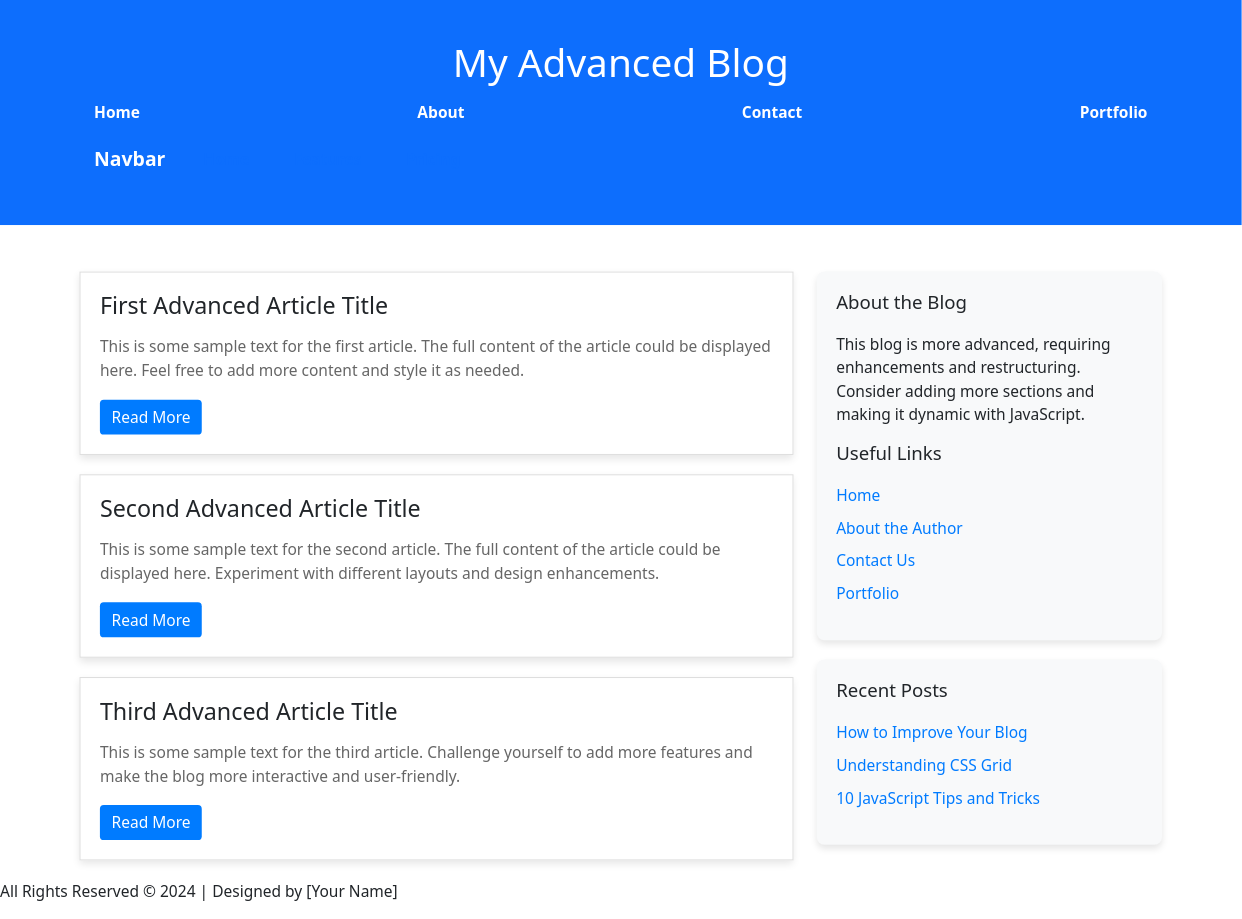
Repository: zeinawady/Blog-Code-Refactoring
Page: index.html
These files come from the project's save history. The page is drawn as it stood at one moment and after the next save; the edit follows.
The browser window is 1280 px wide. The pictures show the whole page, at 97% of full size.

Above is the page before, as saved 2024-09-23 14:20:18.

After the next save:
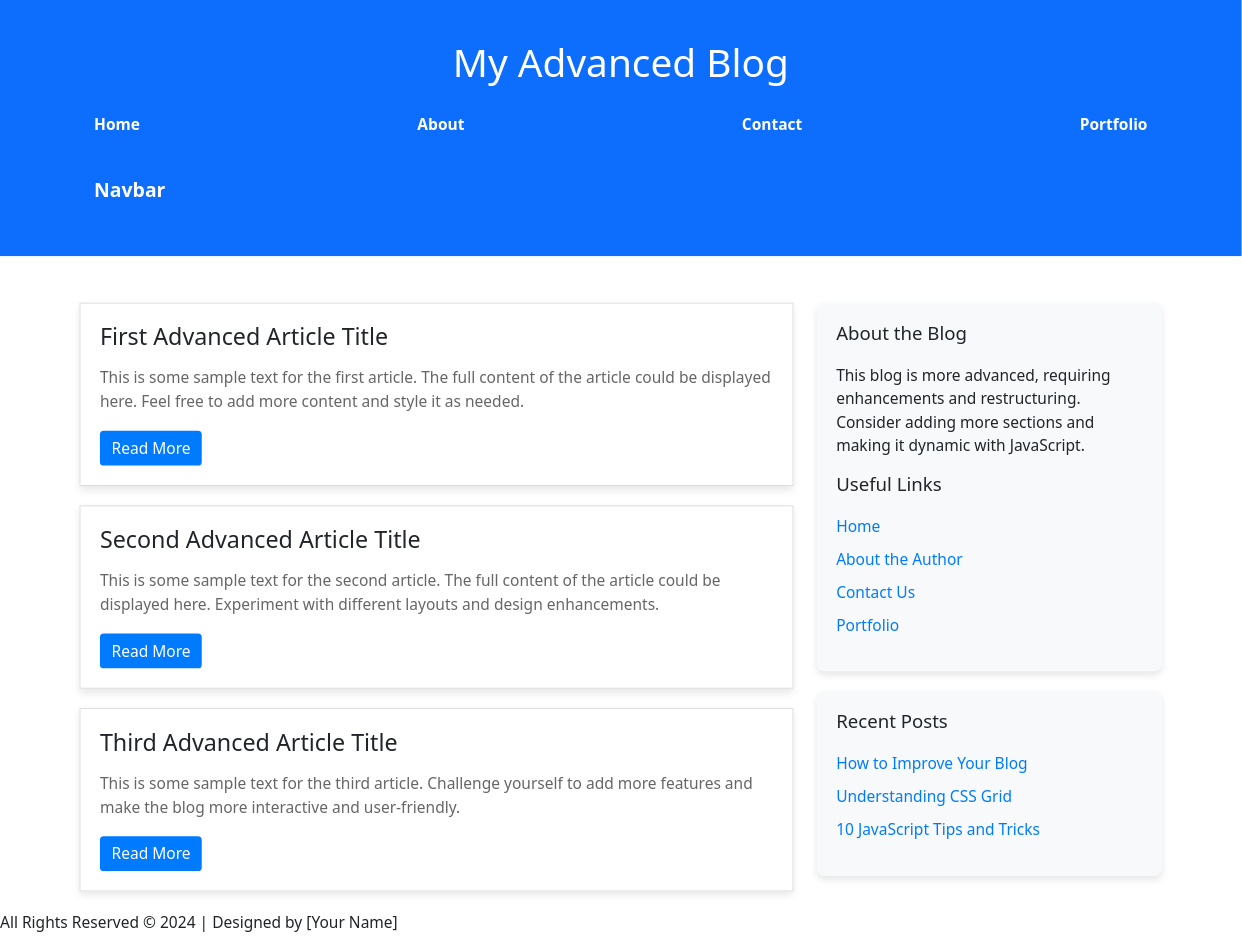
Saved 21 s later.
--- a/style.css
+++ b/style.css
@@ -19,11 +19,11 @@ body {
     height: 5px;
     background-color: white;
   }
-  /* .navbar {
+  .navbar {
     display: flex;
     justify-content: center;
     margin-top: 20px;
-  } */
+  }
   nav a {
     color: white;
     margin: 0 15px;
